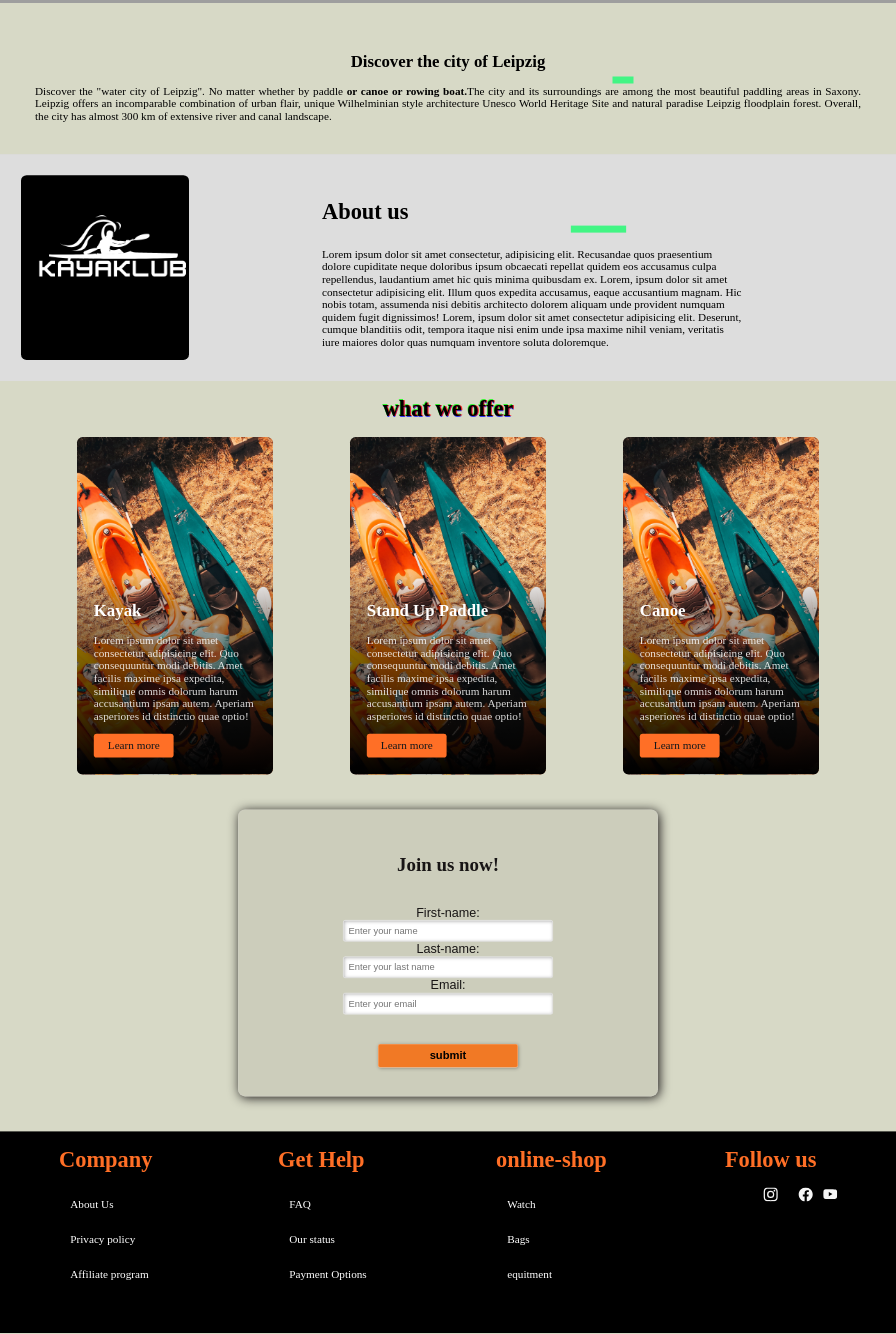
Repository: joseluis2289/Responsive-club-website
Page: index.html
These files come from the project's save history. The page is drawn as it stood at one moment and after the next save; the edit follows.
The browser window is 1280 px wide. The pictures show the part of the page from y = 766 to 2686 px (the page is 2671 px tall before and 2696 px after), at 70% of full size.
Pictures or frames that could not be fetched are drawn as grey boxes. Some web fonts or font styles are not loaded; a fallback is used.

Above is the page before, as saved 2021-08-25 10:32:23.

### index.html
<!DOCTYPE html>
<html lang="en">
<head>
    <meta charset="UTF-8">
    <meta http-equiv="X-UA-Compatible" content="IE=edge">
    <meta name="viewport" content="width=device-width, initial-scale=1.0">
    <link rel="stylesheet" href="style.css">
    <link rel="preconnect" href="https://fonts.googleapis.com">
<link rel="preconnect" href="https://fonts.gstatic.com" crossorigin>
<link href="https://fonts.googleapis.com/css2?family=Rampart+One&display=swap" rel="stylesheet">
    <script src="script.js" defer></script>
    <title>Responsive-Club-website</title>
</head>
<body>

    <nav class="navbar">
        <!-- hamburger toggle -->
        <div class="brand-title">kayaklub</div>
        <a href="#" class="toggle-button">
            <span class="bar"></span>
            <span class="bar"></span>
            <span class="bar"></span>
        </a>

        <div class="nav-links">
            <ul>
                <li><a href="#">Home</a></li>
                <li><a href="#">About</a></li>
                <li><a href="#">Contact</a></li>
            </ul>
        </div>
    </nav>
<div class="banner"></div>

<section class="welcome">
    <h1 class="discover-title">Discover the city of Leipzig</h1>
    <p class="p-discover">Discover the "water city of Leipzig". No matter whether by paddle <strong>or canoe or rowing boat.</strong>The city and its surroundings are among the most beautiful paddling areas in Saxony. Leipzig offers an incomparable combination of urban flair, unique Wilhelminian style architecture Unesco World Heritage Site and natural paradise Leipzig floodplain forest. Overall, the city has almost 300 km of extensive river and canal landscape.</p>

</section>

<!-- about us section -->
<div class="grid-container-about">
    <!-- <img class="grid-item-img" src="./Cosmetics Discount Sale Landscape Banner.png" alt="about"> -->
    <div class="logo"></div>
    <div class="grid-item-text"><h1><a class="aboutUs-title" href="#">About us</a></h1><p class="aboutUs-text"> Lorem ipsum dolor sit amet consectetur, adipisicing elit. Recusandae quos praesentium dolore cupiditate neque doloribus ipsum obcaecati repellat quidem eos accusamus culpa repellendus, laudantium amet hic quis minima quibusdam ex. Lorem, ipsum dolor sit amet consectetur adipisicing elit. Illum quos expedita accusamus, eaque accusantium magnam. Hic nobis totam, assumenda nisi debitis architecto dolorem aliquam unde provident numquam quidem fugit dignissimos! Lorem, ipsum dolor sit amet consectetur adipisicing elit. Deserunt, cumque blanditiis odit, tempora itaque nisi enim unde ipsa maxime nihil veniam, veritatis iure maiores dolor quas numquam inventore soluta doloremque.</p></div>
</div>



<h1 class="tittle-what-we-offer">what we offer</h1>
<div class="card-container">
    <div class="card">
        <div class="card-content">
        <h2 class="card-title">Kayak</h2>
        <p class="card-body">Lorem ipsum dolor sit amet consectetur adipisicing elit. Quo consequuntur modi debitis. Amet facilis maxime ipsa expedita, similique omnis dolorum harum accusantium ipsam autem. Aperiam asperiores id distinctio quae optio!</p>
        <a href="#" class="button">Learn more</a>
    </div>
    </div>

    <div class="card">
        <div class="card-content">
        <h2 class="card-title"> Stand Up Paddle</h2>
        <p class="card-body">Lorem ipsum dolor sit amet consectetur adipisicing elit. Quo consequuntur modi debitis. Amet facilis maxime ipsa expedita, similique omnis dolorum harum accusantium ipsam autem. Aperiam asperiores id distinctio quae optio!</p>
        <a href="#" class="button">Learn more</a>
    </div>
    </div>


    <div class="card">
        <div class="card-content">
        <h2 class="card-title">Canoe</h2>
        <p class="card-body">Lorem ipsum dolor sit amet consectetur adipisicing elit. Quo consequuntur modi debitis. Amet facilis maxime ipsa expedita, similique omnis dolorum harum accusantium ipsam autem. Aperiam asperiores id distinctio quae optio!</p>
        <a href="#" class="button">Learn more</a>
    </div>
    </div>

</div>

<section class="register">
    <form id="register" action="#">
        <h2 class="register-title">Join us now!</h2>
        <label for="first-name">First-name:</label>
        <br/>
        <input type="text" name="first-name" id='name' placeholder="Enter your name">
        <br/>
        <label for="last-name">Last-name:</label>
        <br/>
        <input type="text" name="last-name" id="name" placeholder="Enter your last name">
        <br/>
        <label for="email">Email:</label>
        <br/>
        <input type="text" name="email" id="name" placeholder="Enter your email">
        <br/>&nbsp;
        <br/> <br/>
    <input type="submit" value="submit" name="submit" id="submit">
    </form>
</section>

<footer class="footer">
    <div class="footer-sections">
        <div class="company">
            <ul>
                <h1 class="company-title">Company</h1>
                <li><a href="#">About Us</a></li>
                <li><a href="#">Privacy policy</a></li>
                <li><a href="#">Affiliate program</a></li>
            </ul>
        </div>
        <div class="get-help">
            <h1 class="help-title">Get Help</h1>
            <ul>
                <li><a href="#">FAQ</a></li>
                <li><a href="#">Our status</a></li>
                <li><a href="#">Payment Options</a></li>
            </ul>
        </div>
        <div class="online-shop">
            <h1 class="shop-title">online-shop</h1>
            <ul >
                <li><a href="#">Watch</a></li>
                <li><a href="#">Bags</a></li>
                <li><a href="#">equitment</a></li>
            </ul>
        </div>
        <div class="follow-us">
            <h1 class="followUs-title">Follow us</h1>
            <ul class="follow-us-list">

              <li><svg xmlns="http://www.w3.org/2000/svg" width="50" height="20" fill="currentColor" class="bi bi-instagram" viewBox="0 0 16 16">
                <path d="M8 0C5.829 0 5.556.01 4.703.048 3.85.088 3.269.222 2.76.42a3.917 3.917 0 0 0-1.417.923A3.927 3.927 0 0 0 .42 2.76C.222 3.268.087 3.85.048 4.7.01 5.555 0 5.827 0 8.001c0 2.172.01 2.444.048 3.297.04.852.174 1.433.372 1.942.205.526.478.972.923 1.417.444.445.89.719 1.416.923.51.198 1.09.333 1.942.372C5.555 15.99 5.827 16 8 16s2.444-.01 3.298-.048c.851-.04 1.434-.174 1.943-.372a3.916 3.916 0 0 0 1.416-.923c.445-.445.718-.891.923-1.417.197-.509.332-1.09.372-1.942C15.99 10.445 16 10.173 16 8s-.01-2.445-.048-3.299c-.04-.851-.175-1.433-.372-1.941a3.926 3.926 0 0 0-.923-1.417A3.911 3.911 0 0 0 13.24.42c-.51-.198-1.092-.333-1.943-.372C10.443.01 10.172 0 7.998 0h.003zm-.717 1.442h.718c2.136 0 2.389.007 3.232.046.78.035 1.204.166 1.486.275.373.145.64.319.92.599.28.28.453.546.598.92.11.281.24.705.275 1.485.039.843.047 1.096.047 3.231s-.008 2.389-.047 3.232c-.035.78-.166 1.203-.275 1.485a2.47 2.47 0 0 1-.599.919c-.28.28-.546.453-.92.598-.28.11-.704.24-1.485.276-.843.038-1.096.047-3.232.047s-2.39-.009-3.233-.047c-.78-.036-1.203-.166-1.485-.276a2.478 2.478 0 0 1-.92-.598 2.48 2.48 0 0 1-.6-.92c-.109-.281-.24-.705-.275-1.485-.038-.843-.046-1.096-.046-3.233 0-2.136.008-2.388.046-3.231.036-.78.166-1.204.276-1.486.145-.373.319-.64.599-.92.28-.28.546-.453.92-.598.282-.11.705-.24 1.485-.276.738-.034 1.024-.044 2.515-.045v.002zm4.988 1.328a.96.96 0 1 0 0 1.92.96.96 0 0 0 0-1.92zm-4.27 1.122a4.109 4.109 0 1 0 0 8.217 4.109 4.109 0 0 0 0-8.217zm0 1.441a2.667 2.667 0 1 1 0 5.334 2.667 2.667 0 0 1 0-5.334z"/>
              </svg></li>
              <li>

                  <svg xmlns="http://www.w3.org/2000/svg" width="50" height="20" fill="currentColor" class="bi bi-facebook" viewBox="0 0 16 16">
                    <path d="M16 8.049c0-4.446-3.582-8.05-8-8.05C3.58 0-.002 3.603-.002 8.05c0 4.017 2.926 7.347 6.75 7.951v-5.625h-2.03V8.05H6.75V6.275c0-2.017 1.195-3.131 3.022-3.131.876 0 1.791.157 1.791.157v1.98h-1.009c-.993 0-1.303.621-1.303 1.258v1.51h2.218l-.354 2.326H9.25V16c3.824-.604 6.75-3.934 6.75-7.951z"/>
                  </svg>
              </li>
              <li>

                  <svg xmlns="http://www.w3.org/2000/svg" width="20" height="20" fill="currentColor" class="bi bi-youtube" viewBox="0 0 16 16">
                    <path d="M8.051 1.999h.089c.822.003 4.987.033 6.11.335a2.01 2.01 0 0 1 1.415 1.42c.101.38.172.883.22 1.402l.01.104.022.26.008.104c.065.914.073 1.77.074 1.957v.075c-.001.194-.01 1.108-.082 2.06l-.008.105-.009.104c-.05.572-.124 1.14-.235 1.558a2.007 2.007 0 0 1-1.415 1.42c-1.16.312-5.569.334-6.18.335h-.142c-.309 0-1.587-.006-2.927-.052l-.17-.006-.087-.004-.171-.007-.171-.007c-1.11-.049-2.167-.128-2.654-.26a2.007 2.007 0 0 1-1.415-1.419c-.111-.417-.185-.986-.235-1.558L.09 9.82l-.008-.104A31.4 31.4 0 0 1 0 7.68v-.123c.002-.215.01-.958.064-1.778l.007-.103.003-.052.008-.104.022-.26.01-.104c.048-.519.119-1.023.22-1.402a2.007 2.007 0 0 1 1.415-1.42c.487-.13 1.544-.21 2.654-.26l.17-.007.172-.006.086-.003.171-.007A99.788 99.788 0 0 1 7.858 2h.193zM6.4 5.209v4.818l4.157-2.408L6.4 5.209z"/>
                  </svg>
              </li>
            </ul>
        </div>
    </div>
</footer>
</body>
</html>

### style.css
:root{
    --clr-neutral-900: hsl(207,19%,9%);
    --crl-neutral-100: hsl(0,0%,100%);
    --crl-accent-400: hsl(142, 90%, 61%);
    --crl-accent-300: hsl(20.18, 100%, 57.45%);

}

*,
*::before,
*::after {
    box-sizing: border-box;
}


*{
    box-sizing: border-box;
}

body{
    margin: 0;
    border: 0;
    background-color:#D7D9C6;
}

.navbar{
    display: flex;
    justify-content: space-between;
    align-items: center;
    background-color: #333;
    color: white;
    font-family: 'Poppins', sans-serif;

}

.brand-title{
    font-size: 1.6rem;
    margin: .5rem;
    text-transform: uppercase;
    letter-spacing: 4px;
    -webkit-box-shadow: 0 10px 6px -6px rgb(80, 73, 73);
    -moz-box-shadow:0 10px 6px -6px rgb(114, 110, 110);
    box-shadow: 0 10px 6px -6px rgb(136, 133, 133);
    border-radius:10px;
}

.nav-links ul {
    margin: 0;
    padding: 0;
    display: flex;
}
.nav-links li {
    list-style: none;
}

.nav-links li a {
    text-decoration: none;
    color: white;
    padding: 1rem;
    display: block;
}
.nav-links li:hover{
    background-color:#555;
}

.toggle-button {
    position: absolute;
    top: .75rem;
    right: 1rem;
    display: none;
    flex-direction: column;
    justify-content: space-between;
    width: 30px;
    height: 22px;
}

.toggle-button .bar {
    height: 3px;
    width: 100%;
    background-color: white;
    border-radius: 10px;
}

.banner{
    background-image: url("/Cosmetics\ Discount\ Sale\ Landscape\ Banner.png");
    background-repeat: no-repeat;
    background-position: cover;
    background-size: 100% 100vh;
    height: 100vh;
}

/* discover the city of Leipzig */
.welcome{
    text-align: center;
    height: 30vh;
    width:auto;
    margin: auto;
    padding: 50px;

}
.p-discover{
    text-align: justify;
    text-justify: inter-word;



}
.discover-title{
    display: block;
    position: relative;
    cursor: pointer;
    font-family: 'Rampart One', cursive;
}
.discover-title::after{
    content:"";
    position: absolute;
    left: 690px;
    background: var(--crl-accent-400);
    display: block;
    border: 0;
    margin: 0.5rem 0;
    width:300px;
    height: 10px;
    transform: scaleX(0.1);
    transition: transform 0.4s ease;

}

.discover-title:hover:after,
.discover-title:active:after{
    transform: scaleX(1);
    transform-origin: left;
    transition: transform 0.5s ease;
}


.grid-container-about{
    background-color: #ddd;
    display: grid;
    grid-template-columns: auto auto;
    padding: 30px;
    column-gap:-75px;
    /* display: flex;
    justify-content:space-around ; */

}
/* .grid-item-img{
    margin: 0 0 0 auto;
    width: 500px;
    height: 40vh;
    border-radius:10px;

} */

.logo{
    background-image: url(./logo.png);
    background-size: cover;

    padding: 12rem 0 0;
    /* ch is 35 character wide */
     /* max-width: 75ch;
     max-height: 60vh; */
     width: 30ch;
    border-radius: 0.5rem;
}
.aboutUs-text{
    width: 600px;
}

/* about us  */

.aboutUs-title{
    font-family: 'Rampart One', cursive;
color: #000;
text-decoration: none;
border: 0;
margin: 0.5rem 0;
line-height: 1.9;
display: block;
position: relative;
}

.aboutUs-title:after{
    position: absolute;
    content: "";
    background: var(--crl-accent-400);
    display: block;
    left:0;
    bottom:0;
    line-height: 1.4;
    width:100%;
    height: 10px;
    transform: scaleX(0.1);
    transition: transform 0.4s ease;

}

.aboutUs-title:hover:after,
.aboutUs-title:active:after{
    transform: scaleX(1);
    transform-origin: left bottom;
    transition: transform 0.5s ease;
}


/* what we offer cards */
/* .tittle-what-we-offer{
    color: #000;
text-decoration: none;
border: 0;
margin: 2rem 0;
line-height: 1.9;
display: block;
position: relative;
}
.tittle-what-we-offer::after{
    position: absolute;
    content: "";
    background: var(--crl-accent-400);
    display: block;
    left:800px;
    bottom:0;
    line-height: 1.4;
    width:200px;
    height: 10px;
    transform: scaleX(0.5);
    transition: transform 0.4s ease;
}
.tittle-what-we-offer:hover:after,
.tittle-what-we-offer:active:after{
    transform: scaleX(1);
    transform-origin: left bottom;
    transition: transform 0.5s ease;
} */


.tittle-what-we-offer {
    text-align: center;
     font-family: 'Rampart One', cursive;
    font-size: 2rem;
    /* text-transform: uppercase; */

    text-shadow: 0.05em 0 0 rgba(255, 0,0, 0.75),
    -0.025em -0.05em 0 rgba(0, 255, 0, 0.75),
    0.025em 0.05em 0 rgba(0, 0, 255, 0.75);
    animation: glitch 2500ms infinite;
}

@keyframes glitch {
    0%{
        text-shadow: 0.05em 0 0 rgba(255, 0,0, 0.75),
        -0.025em -0.05em 0 rgba(0, 255, 0, 0.75),
        0.025em 0.05em 0 rgba(0, 0, 255, 0.75);
    }
    15%{
        text-shadow: 0.05em 0 0 rgba(255, 0,0, 0.75),
        -0.025em -0.05em 0 rgba(0, 255, 0, 0.75),
        0.025em 0.05em 0 rgba(0, 0, 255, 0.75);
    }

    49%{
        /* text-shadow: -0.05em -0.025 rgba(255, 0,0, 0.75),
        0.025em 0.05em 0 rgba(0, 255, 0, 0.75),
        -0.025em -0.05em 0 rgba(0, 0, 255, 0.75); */
        text-shadow: 0.05em 0 0 rgba(255, 0,0, 0.75),
        -0.025em -0.05em 0 rgba(0, 255, 0, 0.75),
        0.025em 0.05em 0 rgba(0, 0, 255, 0.75);
    }
    50%{
        /* text-shadow: 0.025em 0.05em 0 rgba(255, 0,0, 0.75),
        0.05em 0 0 rgba(0, 255, 0, 0.75),
        0 -0.05em 0 rgba(0, 0, 255, 0.75); */
        text-shadow: 0.05em 0 0 rgba(255, 0,0, 0.75),
        -0.025em -0.05em 0 rgba(0, 255, 0, 0.75),
        0.025em 0.05em 0 rgba(0, 0, 255, 0.75);
    }
    99%{
        text-shadow: 0.025em 0.05em 0 rgba(255, 0,0, 0.75),
        0.05em 0 0 rgba(0, 255, 0, 0.75),
        0 -0.05em 0 rgba(0, 0, 255, 0.75);
    }
    100%{
        text-shadow: 0.05em 0 0 rgba(255, 0,0, 0.75),
        -0.025em -0.05em 0 rgba(0, 255, 0, 0.75),
        0.025em 0.05em 0 rgba(0, 0, 255, 0.75);
    }
}

.card-container{
    display: flex;
    justify-content: space-evenly;
    width: 100%;

}

.card{

    color: var(--crl-neutral-100);
    background-image: url(./we-offer.jpg);
    background-size: cover;
    padding: 12rem 0 0;
    /* ch is 35 character wide */
    max-width: 35ch;
    border-radius: 0.5rem;
    overflow: hidden;
    transition: transform 500ms ease;

}

.card:hover{
    transform: scale(1.05);
}



.card-content{
    /* this variable only exist within the card content */
    --padding: 1.5rem;
    padding: var(--padding);
    /* here im appying some saturation and opacity of the backgroud card in order to kind of fade it out */
    background: linear-gradient(
        hsl(0 0% 0% / 0),
        hsl(0 0% 0% / 0.3) 20%,
        hsl(0 0% 0% / 1)
    );
}

.card-title{
    position: relative;
    /* max-content it line up the with of the title */
    width: max-content;


}

.card-title::after{
    content:"";
    position: absolute;
    height: 4px;
    /* here I'm moving the green bar to the left in order to animate */
    left: calc(var(--padding) * -1 );
    bottom: 0;
    width: calc(100% + var(--padding));
    background: var(--crl-accent-400);
    /* here I'm animating the green bar from left to right */
    transform-origin: left;
    transform: scaleX(0);
    transition: transform 500ms ease;
}

.card:hover .card-title::after{
    transform: scaleX(1);
}

.card-body{
    color: rgb(255 255 255 / 0.85);
}

.button{
    cursor:pointer;
    display: inline-block;
    padding: 0.5em 1.3em;
    text-decoration: none;
    color: var(--clr-neutral-900);
    background-color: var(--crl-accent-300);
    padding: 0.5em 1.25em;
    border-radius: 0.25em;
}


.button:hover,
.button:focus {
    background-color: var(--crl-neutral-100);
}

/* register */
.register-title{
    font-family: 'Rampart One', cursive;
    text-align: center;
    padding: 20px;

}
#register{

    background-color:rgba(0, 0, 0, 0.05);
    width: 600px;
    font-size: 18px;
    border-radius:10px;
    border:1px solid rgba(214, 210, 210, 0.3);
    box-shadow: 2px 2px 15px;
    color:rgb(24, 21, 21);
    margin: 50px auto;
    text-align: center;
    padding: 20px;
    transition: transform 500ms ease;

}
#register:hover{
    transform: scale(1.05);

    transition: 0.3s;
}
label{
    font-family:'Poppins', sans-serif;
    font-size: 18px;
}
input#name{
    width: 300px;
    border: 1px solid #ddd;
    border-radius: 3px;
    outline: 0;
    padding: 7px;
    background-color: #fff;
    box-shadow: inset 1px 1px 5px
    rgba(0,0,0,0.3);
}


input#submit{
    width: 200px;
    padding: 7px;
    font-size: 16px;
    font-family: sans-serif;
    font-weight: 600;
    border: none;
    border-radius:3px;
    background-color:rgba(250, 100, 0, 0.8);
    color:black;
    cursor:pointer;
    border:1px solid rgba(255, 255, 255, 0.3);
    box-shadow: 1px 1px 5px rgba(0, 0, 0, 0.3);
    margin-bottom: 20px;
}

input#submit:hover,
input#submit:focus {
    background-color: var(--crl-neutral-100);
}


/* footer */
.footer{
    width: 100%;
    height: 40vh;
    background-color:#000;
    color:whitesmoke;
}
.footer-sections{
    display: flex;
    justify-content: space-around;

}
.company-title{
    color:var(--crl-accent-300);
}
.company ul{
    margin: 0;
    padding: 0;
}
.company li{
    list-style: none;
}
.company li a {
    text-decoration: none;
    color: white;
    padding: 1rem;
    display: block;
}
.help-title{
    color:var(--crl-accent-300);
}
.get-help ul{
    margin: 0;
    padding: 0;
}

.get-help li{
    list-style: none;
}
.get-help li a {
    text-decoration: none;
    color: white;
    padding: 1rem;
    display: block;
}

.shop-title{
    color: var(--crl-accent-300);
}

.online-shop ul{
    margin: 0;
    padding: 0;
}
.online-shop li{
    list-style: none;
}

.online-shop li a {
    text-decoration: none;
    color: white;
    padding: 1rem;
    display: block;
}

.followUs-title{
    color:var(--crl-accent-300);
}
.follow-us-list{
    display: flex;

}
.follow-us-list li{
    list-style: none;
}

 @media(min-width: 320px) and (max-width: 600px){

   .toggle-button{
        display: flex;
    }

    .nav-links{
        display: none;
        width: 100%;
    }

    .navbar{
        flex-direction: column;
        align-items: flex-start;
        width: 100%;
    }

    .nav-links ul {
        width: 100%;
        flex-direction: column;

    }
    .nav-links li {
        text-align: center;
    }
    .nav-links li a {
        padding: .5rem 1rem;
    }
    .nav-links.active{
        display: flex;

    }


    .banner{
        background-image: url("/Cosmetics\ Discount\ Sale\ Landscape\ Banner.png");
        background-repeat: no-repeat;
        background-position: cover;
        background-size: 100% 100vh;
        height: 80vh;
        width: 100%;
    }
    .discover-title::after{
        left: 20px;
    }

    .p-discover{
        text-align: justify;
        text-justify: inter-word;
        padding: 20px;

    }
    .grid-container-about{
        margin: 160px 0 0px 0px;
        background-color: #ddd;
        display: grid;
        grid-template-columns: 1fr;

    }
    .grid-item-img{
         width:auto;
         margin: 40px auto 0 0;
    }

    .aboutUs-title{
        padding: 10px;
    }
    .aboutUs-text{
        text-align: justify;
        text-justify: inter-word;
        width: 370px;
        padding: 10px;

    }
    .card-container{
        display: flex;
        flex-direction: column;


    }
    .card{
        margin: 20px auto;
    }


    #register{
        width: 300px;
    }

    input#name{
        width: 200px;
    }
    .footer{
        width: 100%;
        height: 160vh;
        background-color:#000;
        color:var(--clr-neutral-900);
    }
    .footer-sections{
        display: flex;
        flex-direction: column;
        align-items: center;
        justify-content: center;


    }


}



@media (min-width: 601px) and (max-width: 767px){
    .navbar{
        width: 100%;
        flex-direction: row;
        justify-content: space-around;
        align-content: center;
    }
    .banner{
        background-image: url("/Cosmetics\ Discount\ Sale\ Landscape\ Banner.png");
        background-repeat: no-repeat;
        background-position:cover;
        background-size: 100% 100vh;
        height: 100vh;
        width: 100%;
    }

    .discover-title::after{
        left: 260px;
        margin: 0 0 30px;

    }
    .discover-title{
        width: 800px;
        text-align: center;
    }
    .p-discover{
        text-align: justify;
        text-justify: inter-word;
        width: 700px;
        padding: 0.7em 5em;
        margin:20px 0 0 60px;
        font-size: 20px;

    }
    .grid-container-about{
        width: 800px;
        margin: 150px 0;
        background-color: #ddd;
        display: grid;
        grid-template-columns: 1fr;
        padding: 90px;
    }
    .aboutUs-text{
        text-align: justify;
        text-justify: inter-word;
        width: 550px;
    }
    .card-container{
        display: flex;
        flex-direction: column;
    }
   .card{
  font-size: larger;
   margin: 0 0 30px 100px;

   }
   #register{
   font-size: 30px;
   margin:10px auto 25px 70px;

}

input#name{
    width: 300px;

}
label{
    font-family:'Poppins', sans-serif;

}

.footer{
    width: 100%;
    height: 100vh;
    background-color:#000;
    color:var(--clr-neutral-900);
}
.footer-sections{
    display: flex;
    flex-direction: column;
    align-items: center;
    justify-content: center;
}
}

@media (min-width: 768px) and (max-width: 1024px){

    .discover-title::after{
        left: 250px;
        margin: 0 0 30px;

    }
    .discover-title{
        width: 800px;
        text-align: center;
    }
    .p-discover{
        text-align: justify;
        text-justify: inter-word;
        width: 790px;
        padding: 0.7em 5em;
        margin:20px 0 0 10px;
        font-size: 20px;

    }

    .grid-container-about{


        background-color: #ddd;
        display: grid;
        grid-template-columns: 1fr 1fr;

    }
.grid-item-text{
    margin: 0 0 0 30px;
}

.card-container{
    display: flex;

    justify-content: space-between;

}
.card{
    margin: 0 10px 0px 30px;
}
.footer{
    width: 100%;
    height: 100vh;
    background-color:#000;
    color:var(--clr-neutral-900);
}
.footer-sections{
    display: flex;
    flex-direction: row;
    align-items: center;
    justify-content: center;
}

}

Loaded but not shown: script.js (8 lines, source omitted)

After the next save:
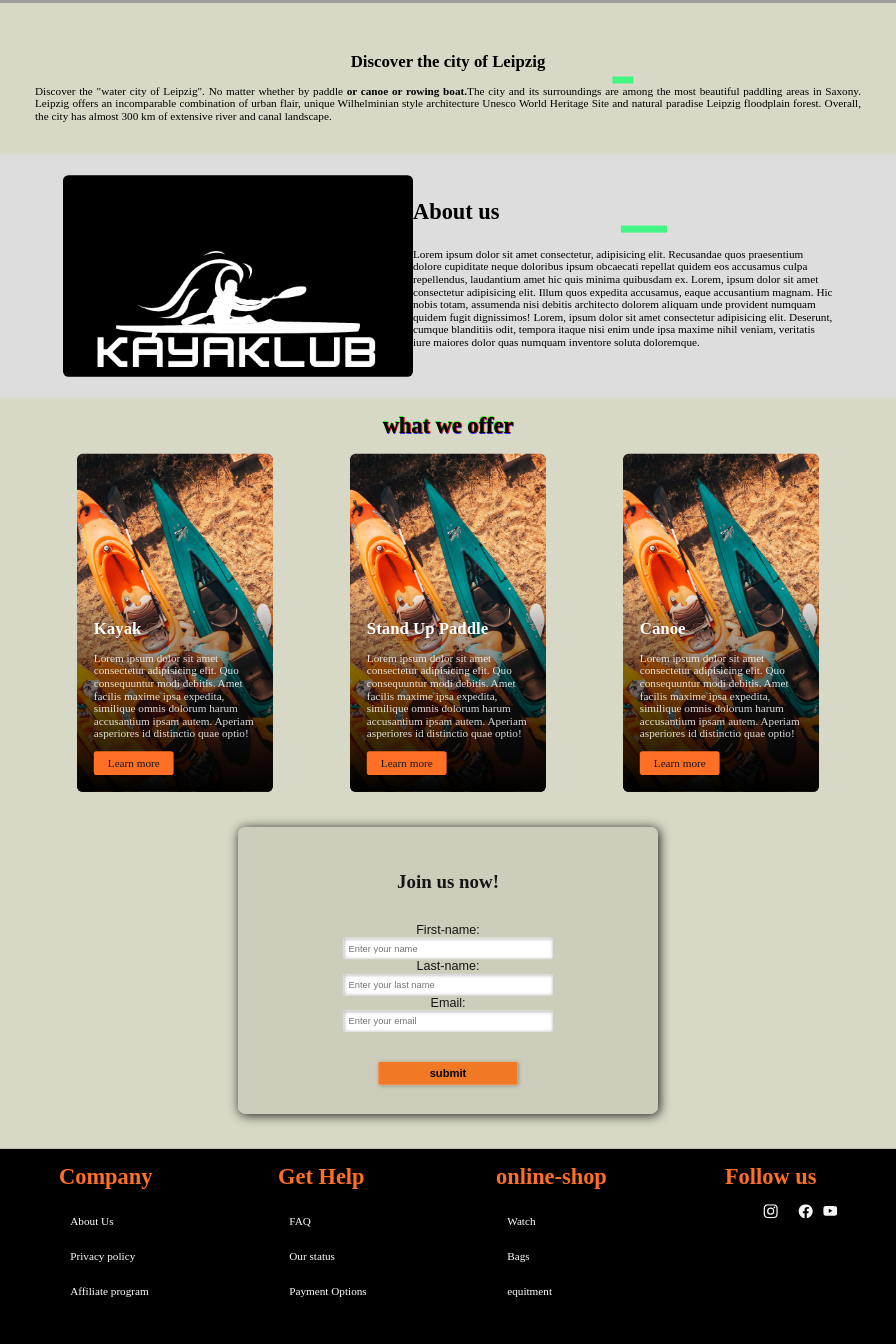
Saved 82 s later.
--- a/style.css
+++ b/style.css
@@ -155,13 +155,11 @@ body{
 .logo{
     background-image: url(./logo.png);
     background-size: cover;
-
     padding: 12rem 0 0;
-    /* ch is 35 character wide */
-     /* max-width: 75ch;
-     max-height: 60vh; */
-     width: 30ch;
     border-radius: 0.5rem;
+    margin: 0 0 0 auto;
+    width: 500px;
+    height: 40vh;
 }
 .aboutUs-text{
     width: 600px;
